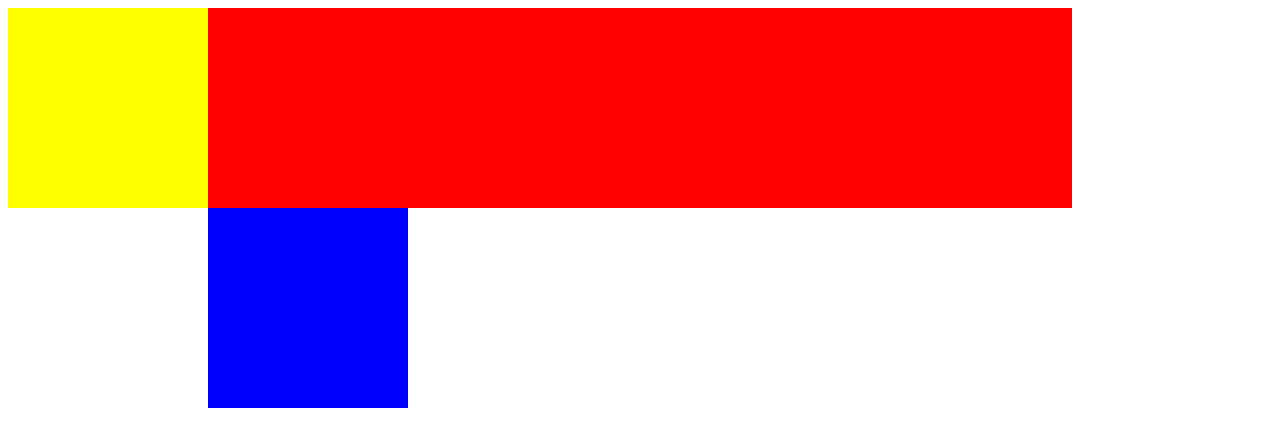
Repository: KonanW/front-end-knowledge
Page: css/layout2.html
These files come from the project's save history. The page is drawn as it stood at one moment and after the next save; the edit follows.
The browser window is 1280 px wide. The pictures show the whole page.

Above is the page before, as saved 2019-06-21 00:49:08.

### css/layout2.html
<!DOCTYPE html>
<html lang="en">
<head>
  <meta charset="UTF-8">
  <meta name="viewport" content="width=device-width, initial-scale=1.0">
  <meta http-equiv="X-UA-Compatible" content="ie=edge">
  <title>Document</title>
  <style>
    .container {
      position: relative;
      width: 100%;
      height: 200px;
      padding: 0 200px 0 200px;
      box-sizing: border-box;
    }

    .middle {
      float: left;
      width: 100%;
      height: 100%;
      background-color: red;
    }

    .left {
      width: 200px;
      height: 100%;
      float: left;
      background-color: yellow;
      margin-left: -100%;
      left: -200px;
      position: relative;
    }
    .right {
      float: left;
      width: 200px;
      height: 100%;
      background-color: blue;
    }
  </style>
</head>
<body>
  <div class="container">
    <div class="middle"></div>
    <div class="left"></div>
    <div class="right"></div>
  </div>
</body>
</html>

After the next save:
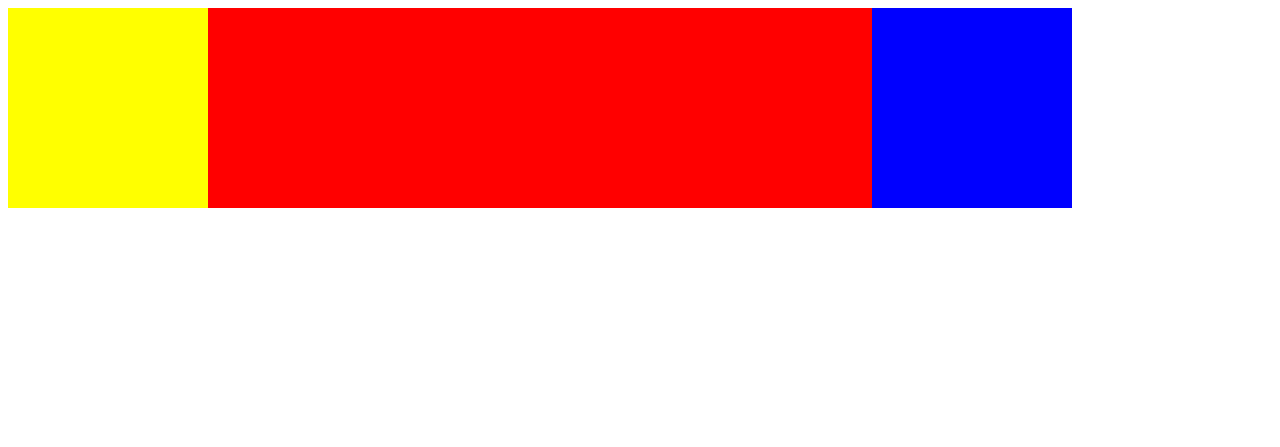
Saved 17 s later.
--- a/css/layout2.html
+++ b/css/layout2.html
@@ -35,6 +35,7 @@
       width: 200px;
       height: 100%;
       background-color: blue;
+      margin-left: -200px;
     }
   </style>
 </head>
